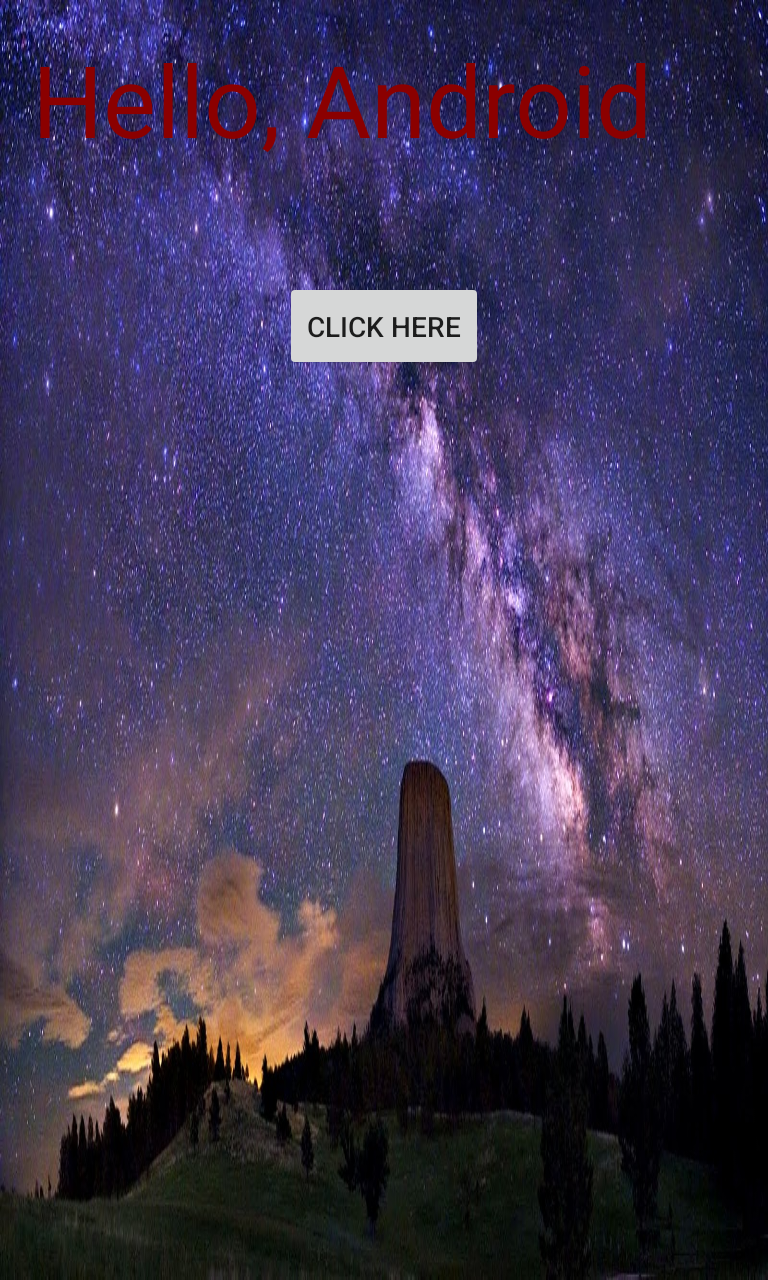
Repository: Rukshar/Native-App
Layout: HelloWorld/Hello10694676/res/layout/activity_main.xml
The author's editor kept a copy of each file at every save. The layout is drawn from the files as they stood at one save, then again after the next save.
It is drawn on a 768 x 1280 px phone screen (xhdpi) without system bars, with theme AppTheme; the app's code is not run.

Above is the layout before, as saved 2014-11-03 22:07:25.

After the next save:
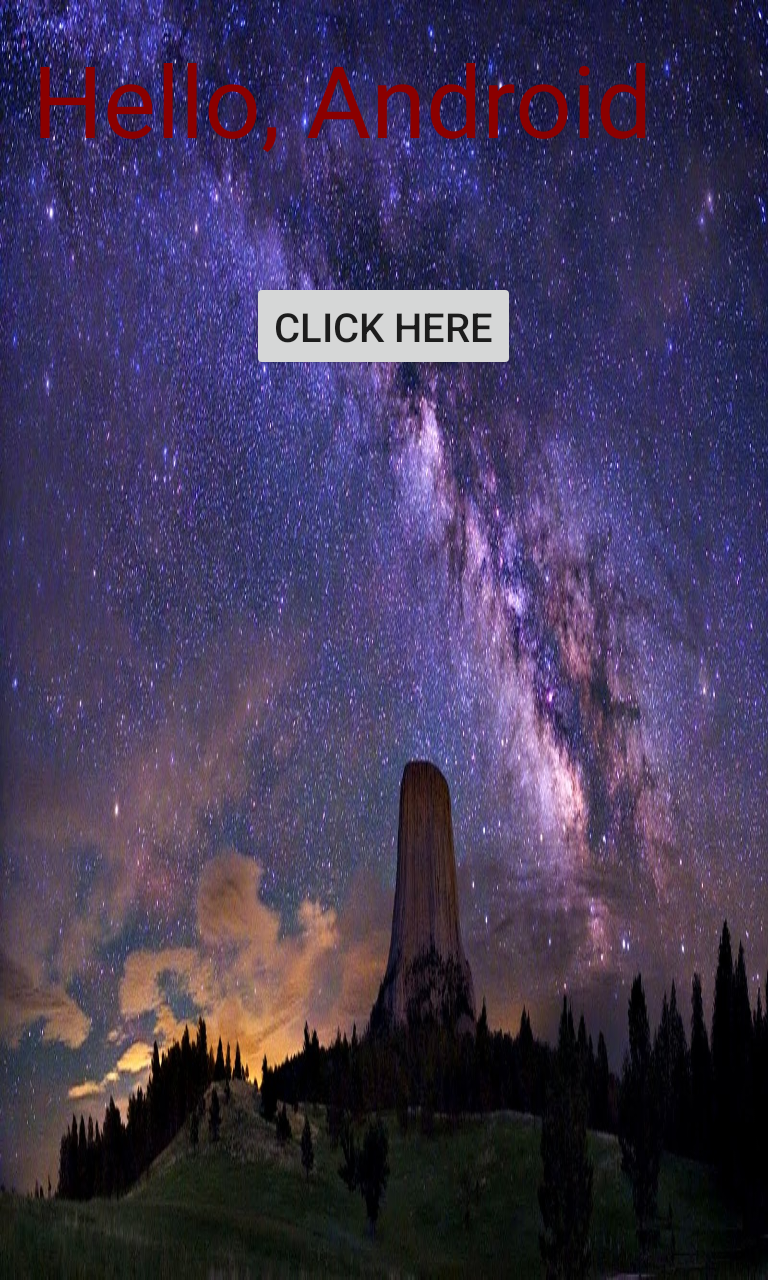
Saved 43 s later.
--- a/HelloWorld/Hello10694676/res/layout/activity_main.xml
+++ b/HelloWorld/Hello10694676/res/layout/activity_main.xml
@@ -25,6 +25,7 @@
         android:layout_below="@+id/textView1"
         android:layout_centerHorizontal="true"
         android:layout_marginTop="56dp"
-        android:text="click here"/>
+        android:text="click here"
+        android:textSize="20dp"/>
 
 </RelativeLayout>
